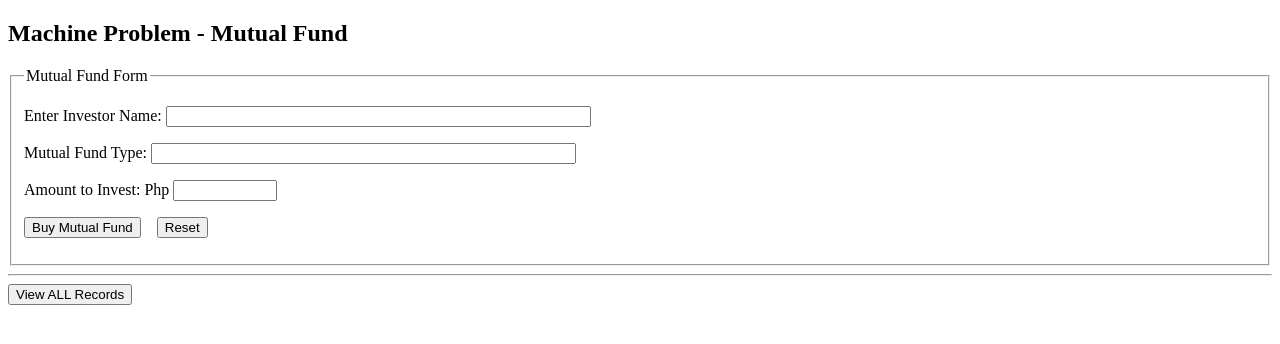
Repository: joshualaxamana/INFOSECWorkspace
Page: http://localhost/MachineProblem1/
An editor plug-in stored every save of this project. The page is shown before and after the next save, followed by the edit.
The browser window is 1280 px wide. The pictures show the whole page.
The page is served by Tomcat 9. Other server files are loaded and not shown.

Above is the page before, as saved 2017-11-18 19:31:09.

### MachineProblem1/web/index.jsp
<%@ page language="java" contentType="text/html; charset=ISO-8859-1"
    pageEncoding="ISO-8859-1"%>
<!DOCTYPE html>
<html>
<head>
<meta http-equiv="Content-Type" content="text/html; charset=ISO-8859-1">
<title>Machine Problem - Mutual Fund</title>
</head>
<body>
	<h2>Machine Problem - Mutual Fund</h2>

	<fieldset>
		<legend>Mutual Fund Form</legend>
		<form action='processmutualfund.action' method='post'>
			<p>Enter Investor Name:
				<input type='text' name='name' id='name'
					size='50' required="required"/>
			</p>
			<p>Mutual Fund Type:
				<input type='text' name='type' id='type'
					size='50' required="required"/>
			</p>
			<p>Amount to Invest: Php
				<input type="number" name='amount' id='amount'
					min="1000" max="10000000" required="required"/>
			</p>
			<p>
				<input type="submit" value='Buy Mutual Fund'/>&nbsp;&nbsp;&nbsp;
				<input type="reset"/>
			</p>
		</form>
	</fieldset>
	<hr/>
	<form action="listallrecords.action">
		<input type="submit" value="View ALL Records">
	</form>
</body>
</html>

After the next save:
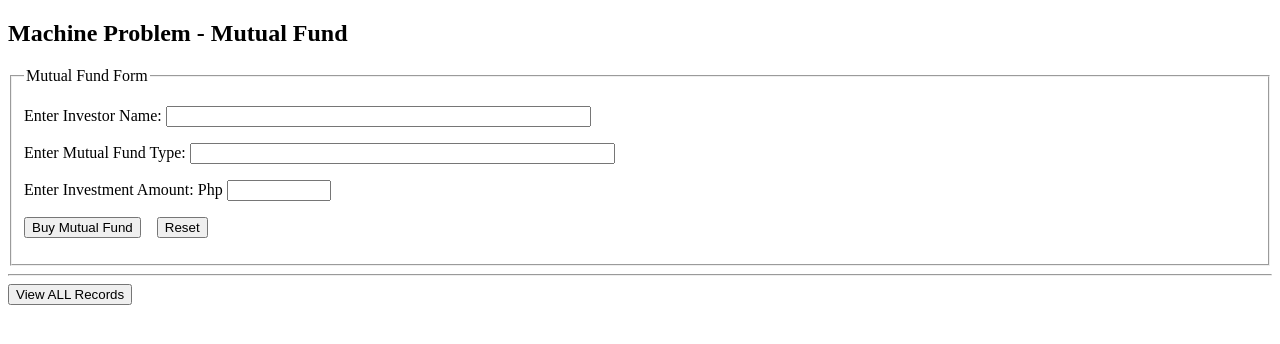
Saved 28 s later.
--- a/MachineProblem1/web/index.jsp
+++ b/MachineProblem1/web/index.jsp
@@ -16,11 +16,11 @@
 				<input type='text' name='name' id='name'
 					size='50' required="required"/>
 			</p>
-			<p>Mutual Fund Type:
+			<p>Enter Mutual Fund Type:
 				<input type='text' name='type' id='type'
 					size='50' required="required"/>
 			</p>
-			<p>Amount to Invest: Php
+			<p>Enter Investment Amount: Php
 				<input type="number" name='amount' id='amount'
 					min="1000" max="10000000" required="required"/>
 			</p>
